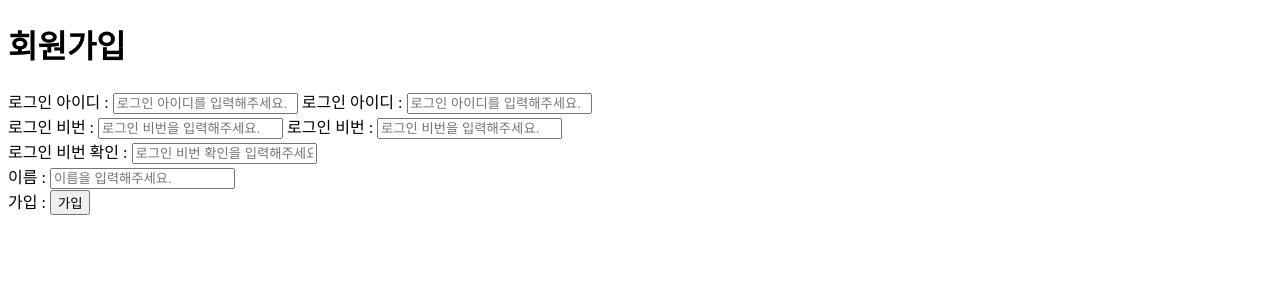
Repository: woooyoung/lolHi
Page: http://localhost/lolHi/WEB-INF/jsp/usr/member/join.jsp
The author's editor kept a copy of each file at every save. The page is drawn from the files as they stood at one save, then again after the next save.
The browser window is 1280 px wide. The pictures show the whole page.
The page is served by Tomcat 9. Nobody is signed in. Other server files are loaded and not shown. The template is opened directly, without the code that normally fills it, so the values that code supplies are empty.

Above is the page before, as saved 2020-10-18 07:07:58.

### lolHi/src/main/webapp/WEB-INF/jsp/usr/member/join.jsp
<%@ page language="java" contentType="text/html; charset=UTF-8"
	pageEncoding="UTF-8"%>
<!DOCTYPE html>
<html>
<head>
<meta charset="UTF-8">
<title>회원가입</title>
</head>
<body>
	<h1>회원가입</h1>
	<script>
		var joinFormSubmitDone = false;
		function joinFormSubmit(form) {
			if (joinFormSubmitDone) {
				alert('처리중입니다.');
				return;
			}

			form.loginId.value = form.loginId.value.trim();
			if (form.loginId.value.length == 0) {
				alert('로그인 아이디를 입력해주세요.');
				form.loginId.focus();
				return;
			}
			form.loginPw.value = form.loginPw.value.trim();
			if (form.loginPw.value.length == 0) {
				alert('로그인 비번을 입력해주세요.');
				form.loginPw.focus();
				return;
			}
			form.loginPwConfirm.value = form.loginPwConfirm.value.trim();
			if (form.loginPw.value != form.loginPwConfirm.value) {
				alert('로그인 비번 확인이 일치하지 않습니다.');
				form.loginPwConfirm.focus();
				return;
			}
			form.name.value = form.name.value.trim();
			if (form.name.value.length == 0) {
				alert('이름을 입력해주세요.');
				form.name.focus();
				return;
			}
			form.submit();
			joinFormSubmitDone = true;
		}
	</script>
	<form action="doJoin" method="POST"
		onsubmit="joinFormSubmit(this); return false;">
		<div>
			로그인 아이디 : <input type="text" maxlength="30"
				placeholder="로그인 아이디를 입력해주세요." name="loginId" /> 로그인 아이디 : <input
				type="text" maxlength="30" placeholder="로그인 아이디를 입력해주세요."
				name="loginId" />
		</div>
		<div>
			로그인 비번 : <input type="password" maxlength="30"
				placeholder="로그인 비번을 입력해주세요." name="loginPw" /> 로그인 비번 : <input
				type="password" maxlength="30" placeholder="로그인 비번을 입력해주세요."
				name="loginPw" />
		</div>
		<div>
			로그인 비번 확인 : <input type="password" maxlength="30"
				placeholder="로그인 비번 확인을 입력해주세요." name="loginPwConfirm" />
		</div>
		<div>
			이름 : <input type="text" maxlength="30" placeholder="이름을 입력해주세요."
				name="name" />
		</div>
		<div>
			가입 : <input type="submit" value="가입" />
		</div>
	</form>
</body>
</html>

After the next save:
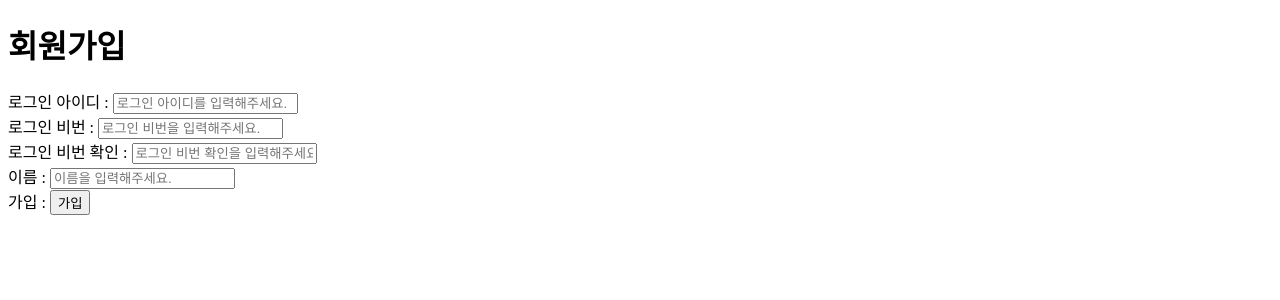
Saved 46 s later.
--- a/lolHi/src/main/webapp/WEB-INF/jsp/usr/member/join.jsp
+++ b/lolHi/src/main/webapp/WEB-INF/jsp/usr/member/join.jsp
@@ -48,15 +48,11 @@
 		onsubmit="joinFormSubmit(this); return false;">
 		<div>
 			로그인 아이디 : <input type="text" maxlength="30"
-				placeholder="로그인 아이디를 입력해주세요." name="loginId" /> 로그인 아이디 : <input
-				type="text" maxlength="30" placeholder="로그인 아이디를 입력해주세요."
-				name="loginId" />
+				placeholder="로그인 아이디를 입력해주세요." name="loginId" />
 		</div>
 		<div>
 			로그인 비번 : <input type="password" maxlength="30"
-				placeholder="로그인 비번을 입력해주세요." name="loginPw" /> 로그인 비번 : <input
-				type="password" maxlength="30" placeholder="로그인 비번을 입력해주세요."
-				name="loginPw" />
+				placeholder="로그인 비번을 입력해주세요." name="loginPw" />
 		</div>
 		<div>
 			로그인 비번 확인 : <input type="password" maxlength="30"
